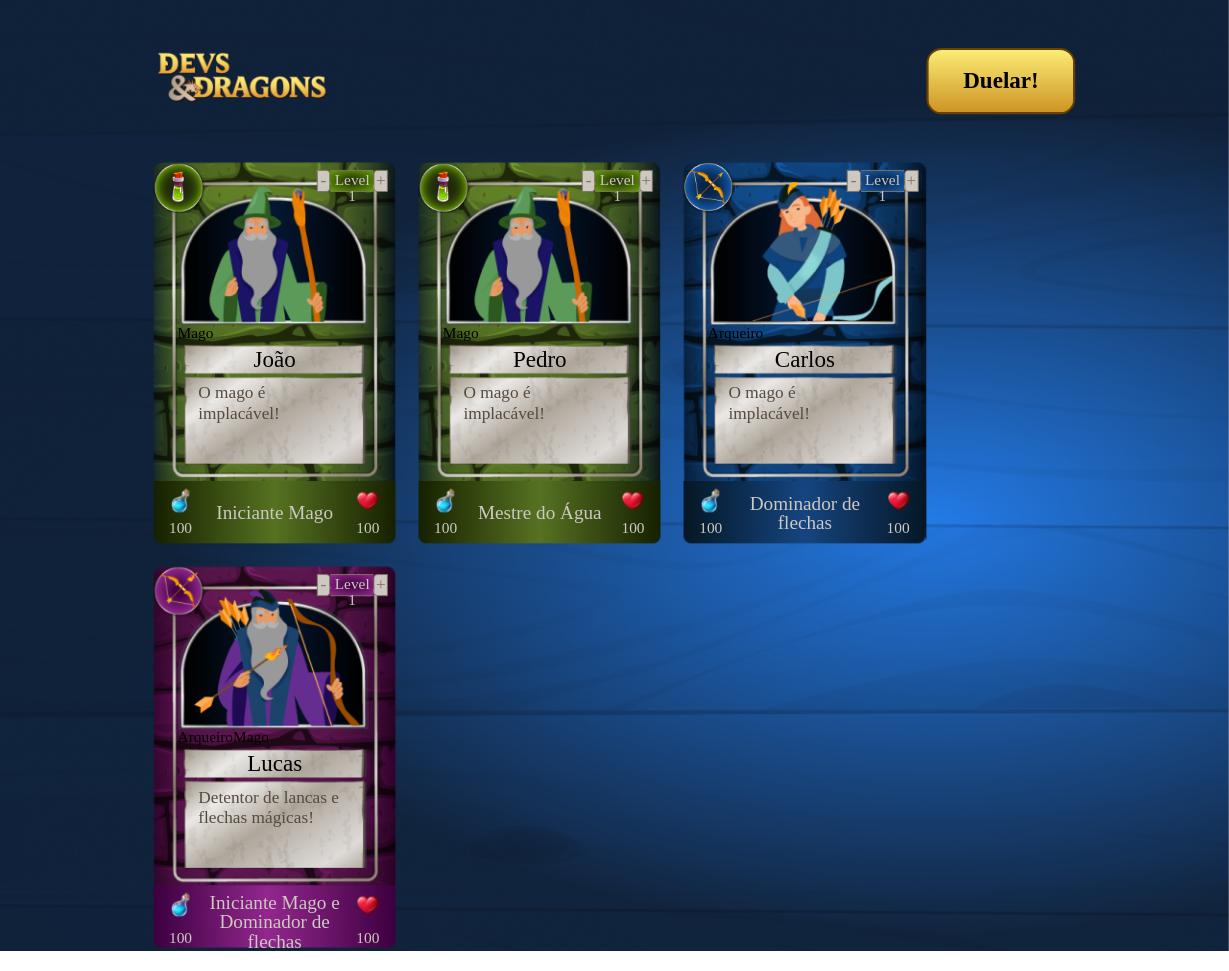
Repository: joaoPraiaJunior/js-classes-herencas-poo
Page: index.html
The author's editor kept a copy of each file at every save. The page is drawn from the files as they stood at one save, then again after the next save.
The browser window is 1280 px wide. The pictures show the whole page, at 96% of full size.
Some web fonts or font styles are not loaded; a fallback is used.

Above is the page before, as saved 2024-09-09 22:49:14.

### index.html
<!DOCTYPE html>
<html lang="pt-BR" dir="ltr">

<head>
    <meta charset="UTF-8">
    <meta http-equiv="X-UA-Compatible" content="IE=edge">
    <meta name="viewport" content="width=device-width, initial-scale=1.0">
    <title>Cartas Personagens</title>
    <link rel="stylesheet" href="./src/assets/css/reset.css">
    <link rel="stylesheet" href="./src/assets/css/style.css">
    <link rel="stylesheet" href="./src/assets/css/modal.css">
    <link rel="icon" type="image/x-icon" href="./src/assets/img/favicon.png">
    <link href="https://fonts.googleapis.com/css2?family=Smythe&family=UnifrakturMaguntia&display=swap"
        rel="stylesheet">
    <link href="https://maxcdn.bootstrapcdn.com/font-awesome/4.7.0/css/font-awesome.min.css" rel="stylesheet">
</head>

<body>
    <header>
        <h1 class="titulo"><img src="./src/assets/img/logo.png" alt="logo Devs&Dragons"></h1>
        <button class="botao-duelar">Duelar!</button>
    </header>

    <ul id="personagens" class="personagens"></ul>

    <div class="fundo-modal" id="fundo-modal"></div>
    <div class="modal" id="modal">
        <img src="./src/assets/img/trofeu.png" alt="">
        <span class="mensagem"></span>
        <button class="modal-fechar-botao" id="fechar-botao"><i class="fa fa-times"></i></button>
    </div>

    <script type="module" src="./src/index.js"></script>
</body>

</html>

### src/assets/css/style.css
:root {
    --fonte-titulo-cartas: 'UnifrakturMaguntia', cursive;
    --fonte-textos: 'Smythe', cursive;
}

/*Genéricos*/

body {
    font-family: var(--fonte-textos);
    background-image: url(../img/fundo-madeira.png);
    height: 100vh;
}

header,
.personagens {
    width: 75%;
    margin: auto;
}

header {
    display: flex;
    justify-content: space-between;
    margin-top: 50px;
    margin-bottom: 50px;
    max-width: 1357px;
}

.titulo {
    color: white;
    font-size: 48px;
}

.botao-duelar {
    background: linear-gradient(180deg, #FAEC75 0%, #CE9424 100%);
    border: 2px solid #6C3F00;
    border-radius: 16px;
    font-family: var(--fonte-titulo-cartas);
    font-weight: 700;
    font-size: 24px;
    line-height: 31px;
    padding: 8px 36px;
}

.personagens {
    display: flex;
    flex-wrap: wrap;
    gap: 1.5rem;
    max-width: 1357px;
}

.personagem {
    width: 252.18px;
    cursor: pointer;
    transition: all 0.3s;
}

.personagem.selecionado {
    transform: translateY(-1.25rem);
}

.container-superior {
    height: 332px;
    position: relative;
}

.cabecalho {
    display: flex;
    justify-content: space-between;
    margin-bottom: 137px;
}

.combate {
    height: 53.33px;
    width: 53.33px;
    background-size: contain;
}

.level {
    height: 22.86px;
    display: flex;
    width: 74.66px;
    align-items: center;
    margin-top: 8px;
    margin-right: 8px;
    position: relative;
    z-index: 99;
}

.aumentar-level,
.diminuir-level {
    font-family: var(--fonte-textos);
    color: #817462;
    font-size: 18px;
    background-color: #CDC8C1;
    width: 14.86px
}

.aumentar-level {
    border: 1px solid #817462;
    border-radius: 4px 0 0 4px;
}

.diminuir-level {
    border: 1px solid #817462;
    border-radius: 0 4px 4px 0;
}

.level-texto {
    width: 45.71px;
    border-bottom: 1px solid #817462;
    border-top: 1px solid #817462;
    color: #CDC8C1;
    text-align: center;
    height: 22.86px;
    padding-top: 2px;
}

.container-imagem {
    height: 160px;
    height: 166px;
    width: 79%;
    position: absolute;
    top: 21px;
    left: 25px;
}

.imagem {
    height: 148.56px;
}

.container-static tipo {
    background-image: url(../img/tarja-azul.png);
    background-repeat: no-repeat;
    height: 40px;
    width: 78%;
    position: absolute;
    top: 125px;
    left: 25px;
}

.static tipo {
    font-family: var(--fonte-titulo-cartas);
    text-align: center;
    padding: 12px 0;
    font-weight: 700;
    font-size: 22px;
}

.container-nome {
    background-image: url(../img/fundo-nome.png);
    background-repeat: no-repeat;
    height: 31.63px;
    width: 191px;
    margin: auto;

}

.nome {
    font-size: 24px;
    line-height: 30px;
    text-align: center;

}

.container-descricao {
    background-image: url(../img/fundo-descricao.png);
    background-repeat: no-repeat;
    height: 92px;
    width: 191px;
    margin: auto;
}

.descricao {
    font-size: 18px;
    line-height: 21px;
    color: #554B40;
    padding: 8px 16px;
}

.container-inferior {
    height: 65px;
    gap: 8px;
    display: grid;
    padding: 8px 16px;
    grid-template-columns: auto 1fr auto;
    grid-template-areas:
        "mana insignia vida"
        "valor-mana insignia valor-vida";
}

.mana,
.vida,
.insignia {
    color: #CDC8C1;
}

.mana {
    grid-area: valor-mana;
}

.vida {
    grid-area: valor-vida;
}

.icone-vida {
    grid-area: vida;
}

.icone-mana {
    grid-area: mana;
}

.insignia {
    grid-area: insignia;
    justify-self: center;
    align-self: center;
    font-size: 20px;
    text-align: center;

}

/*Mago*/

.Mago .container-superior {
    background-image: url(../img/fundo-carta-verde.png);
}

.Mago .container-inferior {
    background-image: url(../img/retangulo-verde.png);
}

.Mago .combate {
    background-image: url(../img/combate-mago.png);
}

.Mago .level-texto {
    background: radial-gradient(#1F270A, #66A002);
}

.Mago .imagem {
    background-image: url(../img/mago.png);
    background-repeat: no-repeat;
}

/*Arqueiro*/

.Arqueiro .container-superior {
    background-image: url(../img/fundo-carta-azul.png);
}

.Arqueiro .container-inferior {
    background-image: url(../img/retangulo-azul.png);
}

.Arqueiro .combate {
    background-image: url(../img/combate-arqueiro.png);
}

.Arqueiro .level-texto {
    background: radial-gradient(#072041, #145BAB);
}

.Arqueiro .imagem {
    background-image: url(../img/arqueiro.png);
    background-repeat: no-repeat;
}

/*Guerreiro*/

.Guerreiro .container-superior {
    background-image: url(../img/fundo-carta-vermelha.png);
}

.Guerreiro .container-inferior {
    background-image: url(../img/retangulo-vermelho.png);
}

.Guerreiro .combate {
    background-image: url(../img/combate-guerreiro.png);
}

.Guerreiro .level-texto {
    background: radial-gradient(#56272D, #C1272D);
}

.Guerreiro .imagem {
    background-image: url(../img/guerreiro.png);
    background-repeat: no-repeat;
}

/*ArqueiroMago*/

.ArqueiroMago .container-superior {
    background-image: url(../img/fundo-carta-roxa.png);
}

.ArqueiroMago .container-inferior {
    background-image: url(../img/retangulo-roxo.png);
}

.ArqueiroMago .combate {
    background-image: url(../img/combate-arqueiro-Mago.png);
}

.ArqueiroMago .level-texto {
    background: radial-gradient(#3D003F, #93278F);
}

.ArqueiroMago .imagem {
    background-image: url(../img/arqueiro-mago.png);
    background-repeat: no-repeat;
}

### src/assets/css/modal.css
.modal {
    pointer-events: none;
    opacity: 0;
    transition: opacity 0.3s;
    position: absolute;
    top: 40%;
    left: 0;
    right: 0;
    width: 336px;
    height: 120px;
    margin: 0 auto;
    padding: 30px;
    background: #fff;
    border-radius: 4px;
    box-shadow: 0 3px 10px rgba(0, 0, 0, 0.3);
    background: linear-gradient(180deg, #FAEC75 0%, #CE9424 100%);
    border: 2px solid #6C3F00;
    z-index: 100;
    display: flex;
    align-items: center;
}

.modal-fechar-botao {
    position: absolute;
    right: 10px;
    top: 10px;
    font-size: 20px;
}

.fundo-modal {
    pointer-events: none;
    opacity: 0;
    transition: opacity 0.3s;
    position: fixed;
    top: 0;
    left: 0;
    right: 0;
    bottom: 0;
    width: 100%;
    height: 100%;
    background-color: rgba(0, 0, 0, 0.5);
    z-index: 99;
}

.visivel {
    opacity: 1;
    pointer-events: auto;
}

.mensagem {
    font-size: 24px;
    line-height: 28px;
    color: #6C3F00;
    margin-left: 24px;
}

### src/index.js
import { PersonagemView } from './components/personagem-view.js';
import { Arqueiro } from './modules/Arqueiro.js';
import { Mago } from './modules/Mago.js';
import { ArqueiroMago } from './modules/arqueiro-mago.js';


const magoJoao = new Mago('João', 3, 'Fogo', 7, 2);
const magoJulia = new Mago('Pedro', 10, 'Água', 5, 7);
const arqueiroCarlos = new Arqueiro('Carlos', 5, 7);
const arqueiroMagoLucas = new ArqueiroMago('Lucas', 5, 7, 'Ar', 3, 7);

const personagens = [magoJoao, magoJulia, arqueiroCarlos, arqueiroMagoLucas];
const personagemView = new PersonagemView(personagens);
personagemView.render();

### src/components/personagem-view.js
import { mostrarModal } from '../components/modal.js'
import { Personagem } from '../modules/Personagem.js'

export class PersonagemView {

    personagens
    personagensSelecionados

    constructor(personagens) {
        this.personagens = personagens
        this.ulPersonagens = document.querySelector('ul#personagens')
        this.personagensSelecionados = []
        this.escutarEventoDuelo()
    }

    render() {
        this.ulPersonagens.innerHTML = ''
        this.personagens.forEach(personagem => {
            const personagemLI = this.criaPersonagem(personagem)
            this.ulPersonagens.appendChild(personagemLI)
        })
    }

    criaPersonagem = (personagem) => {
        const personagemLI = document.createElement('li')
        personagemLI.classList.add('personagem', personagem.constructor.tipo)

        const estaSelecionado = this.personagensSelecionados.indexOf(personagem) !== -1 //sintaxe para quando encontra no array

        if (estaSelecionado) personagemLI.classList.add('selecionado')

        personagemLI.innerHTML =

        `
        <div class="container-superior">
            <div class="cabecalho">
                <div class="combate"></div>
                <div class="level">
                    <button class="diminuir-level">-</button>
                    <p class="level-texto">Level ${personagem.level}</p>
                    <button class="aumentar-level">+</button>
                </div>
            </div>
            <div class="container-imagem">
                <div class="imagem"></div>
                <div class="container-tipo">
                    <h2 class="tipo">${personagem.constructor.tipo}</h2>
                </div>
            </div>
            <div class="container-nome">
                <h3 class="nome">${personagem.nome}</h3>
            </div>
            <div class="container-descricao">
                <p class="descricao">${personagem.constructor.descricao}</p>
            </div>
        </div>
        <div class="container-inferior">
            <img src="./src/assets/img/icone-mana.png" class="icone-mana">
            <p class="insignia">${personagem.obterInsignia()}</p>
            <img src="./src/assets/img/icone-vida.png" class="icone-vida">
            <h4 class="mana">${personagem.mana}</h4>
            <h4 class="vida">${personagem.vida}</h4>
        </div>
        `

        const containerLevel = personagemLI.querySelector('.level')
        containerLevel.onclick = (evt) => {
            evt.stopPropagation()

            if (evt.target.classList.contains('diminuir-level')) personagem.diminuirLevel()

            if (evt.target.classList.contains('aumentar-level')) personagem.aumentarLevel()

            this.render()
        }


        personagemLI.onclick = () => {
            const jaTem2Selecionados = this.personagensSelecionados.length === 2
            if (!jaTem2Selecionados || estaSelecionado) {
                personagemLI.classList.toggle('selecionado')

                if (!estaSelecionado) return this.adicionaSelecao(personagem)

                this.removeSelecao(personagem)
            }
        }

        return personagemLI
    }


    adicionaSelecao = (personagem) => {
        this.personagensSelecionados.push(personagem)
        this.render()
    }


    removeSelecao = (personagem) => {
        const indexDoPersonagemNoArray = this.personagensSelecionados.indexOf(personagem)
        this.personagensSelecionados.splice(indexDoPersonagemNoArray, 1)
        this.render()
    }

    escutarEventoDuelo() {
        const botaoDuelar = document.querySelector('.botao-duelar')

        botaoDuelar.addEventListener('click', () => {
            if (this.personagensSelecionados.length < 2) return mostrarModal('Selecione 2 personagens')

            const resultadoDuelo = Personagem.verificarVencedor(this.personagensSelecionados[0], this.personagensSelecionados[1])

            mostrarModal(resultadoDuelo)

            this.personagensSelecionados.splice(0, this.personagensSelecionados.length)

            this.render()
        })
    }
}

### src/modules/Arqueiro.js
import { Personagem } from './Personagem.js';

export class Arqueiro extends Personagem {
    static tipo = 'Arqueiro'
    destreza
    static descricao = 'O mago é implacável!'

    constructor(nome, level, destreza) {
        super(nome, level)
        this.destreza = destreza
    }

    obterInsignia() {
        if(this.destreza >= 5) {
            return `Dominador de flechas`
        }
        return super.obterInsignia()
    }
}

### src/modules/Mago.js
import { Personagem } from './Personagem.js'

export class Mago  extends Personagem {

    elementoMagico
    levelMagico
    inteligencia
    static tipo = 'Mago'
    static descricao ='O mago é implacável!'

    constructor(nome, level, elementoMagico, levelMagico, inteligencia) {
        super(nome, level)
        this.elementoMagico = elementoMagico
        this.levelMagico = levelMagico
        this.inteligencia = inteligencia
    }

    obterInsignia() {
        if(this.levelMagico >= 5 && this.inteligencia >= 5) {
            return `Mestre do ${this.elementoMagico}`
        }
        return super.obterInsignia()
    }
}

### src/modules/arqueiro-mago.js
import { Arqueiro } from "./Arqueiro.js";
import { Mago } from "./Mago.js";
import { Personagem } from "./Personagem.js";


export  class ArqueiroMago extends Personagem {
    static tipo = 'ArqueiroMago'
    ladoMago
    ladoArqueiro
    static descricao ='Detentor de lancas e flechas mágicas!'

    constructor(nome, level, destreza, elementoMagico, levelMagico, inteligencia) {
        super(nome, level)
        this.ladoMago = new Mago(nome, level, elementoMagico, levelMagico, inteligencia)
        this.ladoArqueiro = new Arqueiro(nome, level, destreza)
    }

    obterInsignia() {
        return `${this.ladoMago.obterInsignia()} e ${this.ladoArqueiro.obterInsignia()}`
    }
}

### src/modules/Personagem.js
export class Personagem {
    nome
    vida
    mana
    #level
    descricao

    constructor(nome, vida, mana, tipo, descricao) {
        this.nome = nome;
        this.#level = 1;
        this.vida = 100;
        this.mana = 100;
        this.descricao = descricao;
    }

    get level() {
        return this.#level
    }

    obterInsignia() {
        if (this.#level >= 5) {
            return `Implacável ${this.constructor.tipo} `
        }

        return `Iniciante ${this.constructor.tipo}`
    }

    static verificarVencedor(personagem1, personagem2) {
        if (personagem1.level === personagem2.level) {
            return 'Empate!!!'
        }

        if (personagem1.level > personagem2.level) {
            return `${personagem1.constructor.tipo} ${personagem1.nome} é o vencedor!`
        }

        return `${personagem2.constructor.tipo} ${personagem2.nome} é o vencedor!`
    }
}

Loaded but not shown: src/assets/css/reset.css (common file); src/components/modal.js (common file)

After the next save:
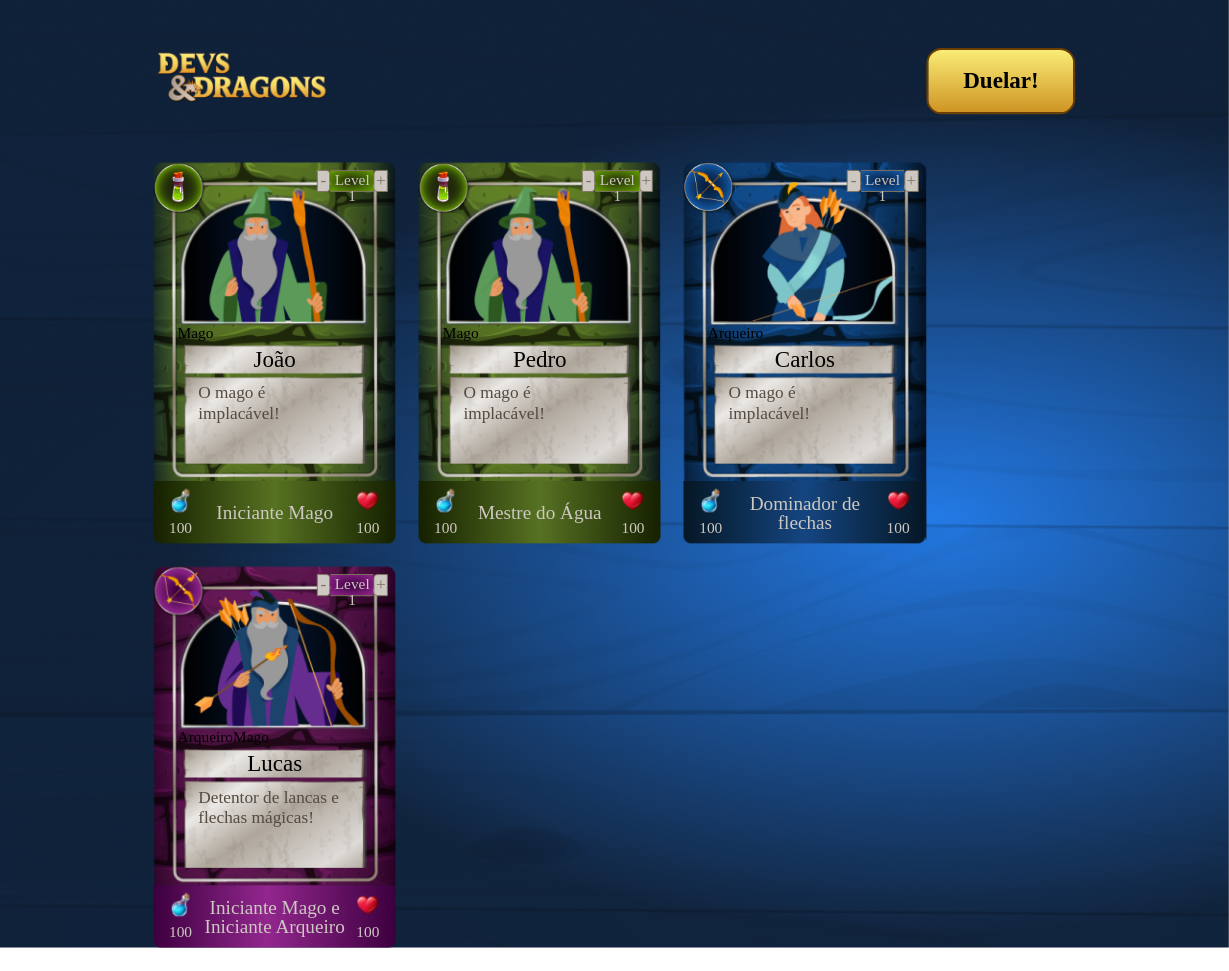
Saved 45 s later.
--- a/src/modules/arqueiro-mago.js
+++ b/src/modules/arqueiro-mago.js
@@ -9,10 +9,10 @@
     ladoArqueiro
     static descricao ='Detentor de lancas e flechas mágicas!'
 
-    constructor(nome, level, destreza, elementoMagico, levelMagico, inteligencia) {
-        super(nome, level)
-        this.ladoMago = new Mago(nome, level, elementoMagico, levelMagico, inteligencia)
-        this.ladoArqueiro = new Arqueiro(nome, level, destreza)
+    constructor(nome, destreza, elementoMagico, levelMagico, inteligencia) {
+        super(nome)
+        this.ladoMago = new Mago(nome, elementoMagico, levelMagico, inteligencia)
+        this.ladoArqueiro = new Arqueiro(nome, destreza)
     }
 
     obterInsignia() {

After the save that followed:
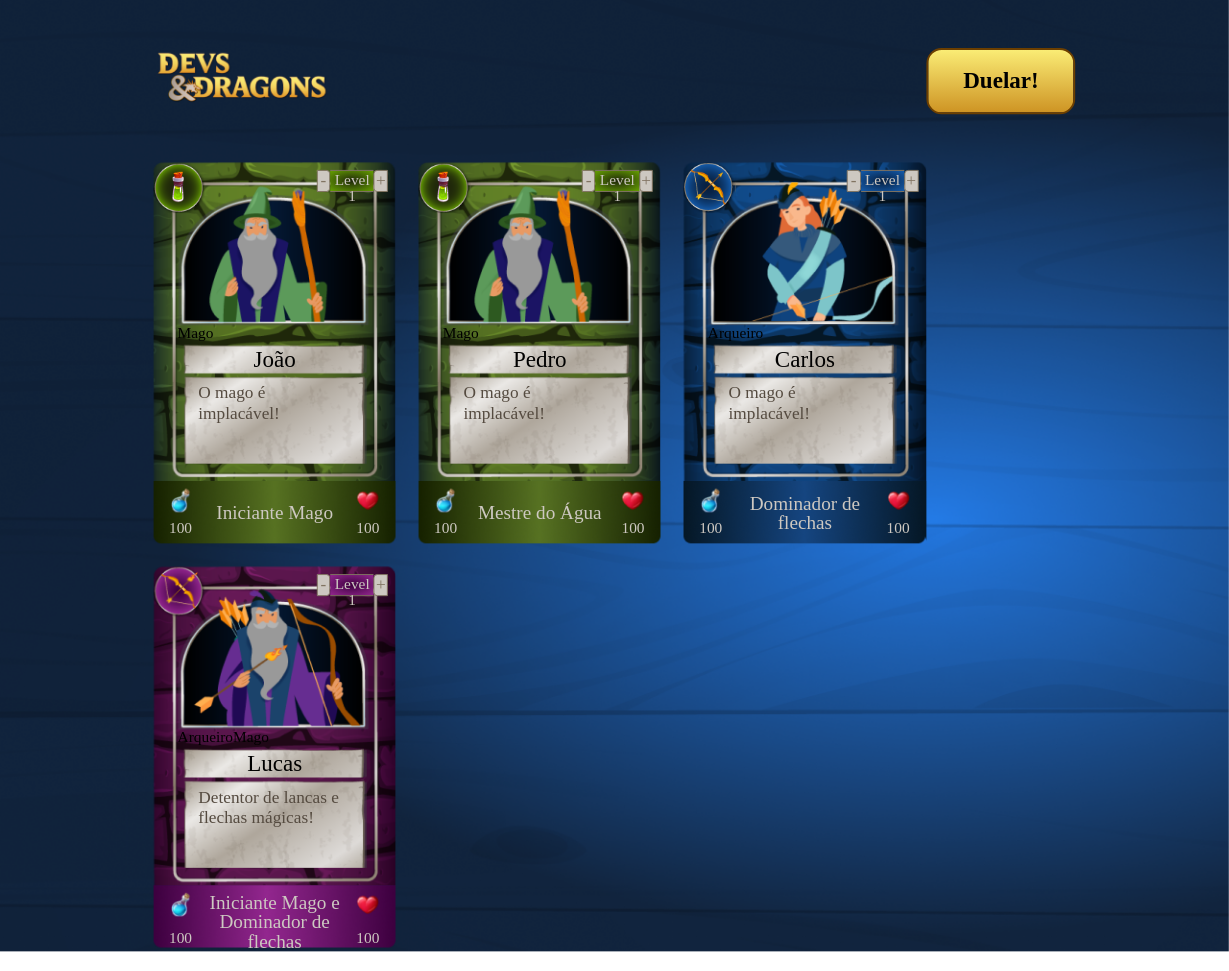
Saved 11 s later.
--- a/src/modules/Arqueiro.js
+++ b/src/modules/Arqueiro.js
@@ -5,8 +5,8 @@
     destreza
     static descricao = 'O mago é implacável!'
 
-    constructor(nome, level, destreza) {
-        super(nome, level)
+    constructor(nome, destreza) {
+        super(nome)
         this.destreza = destreza
     }
 
